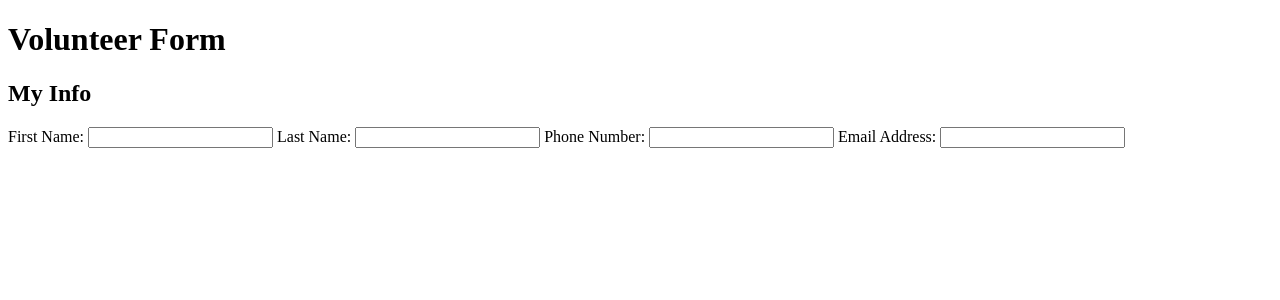
Repository: rishondass/ITMD361-Lab4
Page: index.html
The author's editor kept a copy of each file at every save. The page is drawn from the files as they stood at one save, then again after the next save.
The browser window is 1280 px wide. The pictures show the whole page.

Above is the page before, as saved 2023-01-13 14:52:08.

### index.html
<!DOCTYPE html>
<html lang="en">
<head>
    <meta charset="UTF-8">
    <meta http-equiv="X-UA-Compatible" content="IE=edge">
    <meta name="viewport" content="width=device-width, initial-scale=1.0">
    <title>Lab 4</title>
</head>
<body>
    <h1>
        Volunteer Form
    </h1>
    <h2>
        My Info
    </h2>

    <form action="POST">
        <label for="first_name_field">First Name:</label>
        <input type="text" name="first_name_field">

        <label for="last_name_field">Last Name:</label>
        <input type="text" name="last_name_field">

        <label for="phone_field">Phone Number:</label>
        <input type="phone" name="phone_field">

        <label for="phone_field">Email Address:</label>
        <input type="email" name="phone_field">
    </form>
</body>
</html>

After the next save:
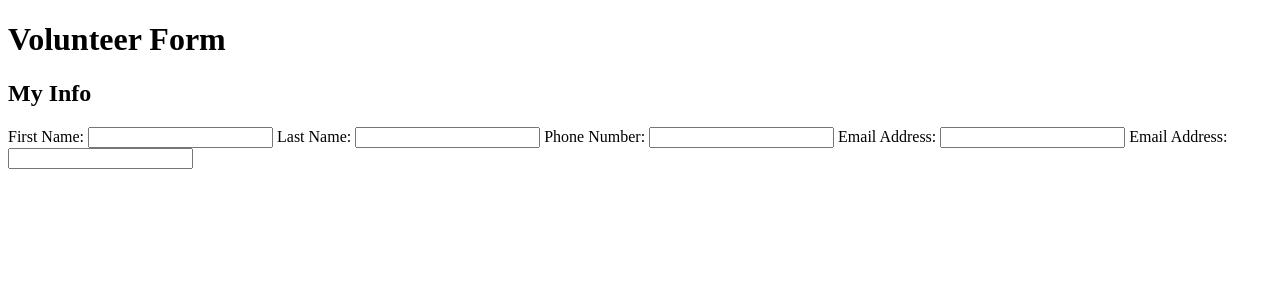
Saved 114 s later.
--- a/index.html
+++ b/index.html
@@ -26,6 +26,9 @@
 
         <label for="phone_field">Email Address:</label>
         <input type="email" name="phone_field">
+
+        <label for="phone_field">Email Address:</label>
+        <input type="email" name="phone_field">
     </form>
 </body>
 </html>
